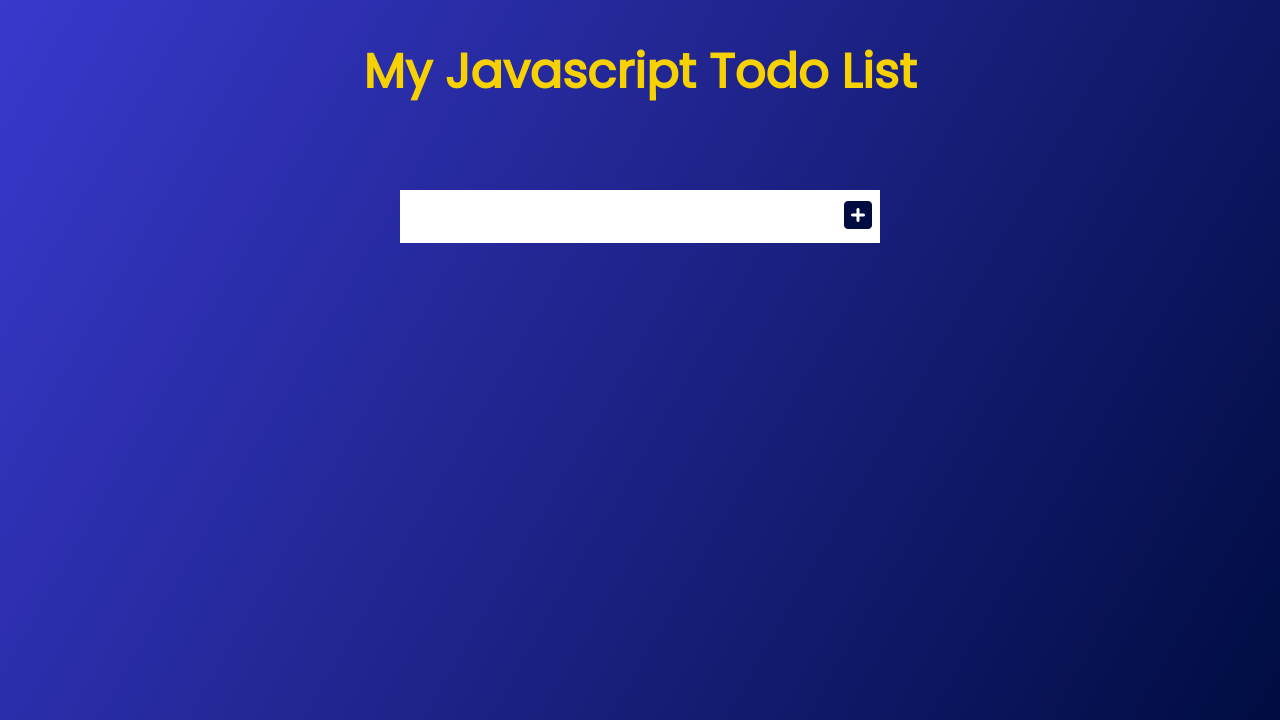
Repository: LuisMiLR/JavaScript-Todo-List
Page: index.html
These files come from the project's save history. The page is drawn as it stood at one moment and after the next save; the edit follows.
The browser window is 1280 px wide. The pictures show the whole page.

Above is the page before, as saved 2023-05-01 14:52:42.

### index.html
<!DOCTYPE html>
<html lang="en">
<head>
    <meta charset="UTF-8">
    <meta http-equiv="X-UA-Compatible" content="IE=edge">
    <meta name="viewport" content="width=device-width, initial-scale=1.0">
    <title>My Javascript Todo List</title>
    <link rel="stylesheet" href="style.css">
    <link href="https://fonts.googleapis.com/css2?family=Orbitron:wght@400;700&family=Poppins:wght@200;400&display=swap" rel="stylesheet">
    <link rel="stylesheet" href="https://cdnjs.cloudflare.com/ajax/libs/font-awesome/6.4.0/css/all.min.css" integrity="sha512-iecdLmaskl7CVkqkXNQ/ZH/XLlvWZOJyj7Yy7tcenmpD1ypASozpmT/E0iPtmFIB46ZmdtAc9eNBvH0H/ZpiBw==" crossorigin="anonymous" referrerpolicy="no-referrer" />
</head>
<body>

    <header>
        <h1>My Javascript Todo List </h1>
    </header>
    <form>
        <input type="text" class="todo-input">
        <button class="todo-button" type="submit">
        <i class="fa-solid fa-square-plus"></i>
        </button>
    </form>
    <div class="todo-container">
        <ul class="todo-list">
        </ul>
    </div>

    <script src="./app.js"> </script>
</body>
</html>

### style.css
*{
    margin: 0;
    padding: 0;
    box-sizing: border-box;
}

body {
    background-image: linear-gradient(120deg, #3939cd,#000c41);
    color: rgb(248, 210, 0);
    min-height: 100vh;
    font-family: "poppins",sans-serif;
}

header{
    font-size: 1.5rem;
}
header, form {
    min-height: 20vh;
    display: flex;
    justify-content: center;
    align-items: center;
}

form input, form button {
    padding: 0.5rem;
    font-size: 2rem;
    border: none;
    background: white;
}
form button{
    color: #000c41;
    background: white;
    cursor: pointer;
    transition: all 0.3s ease;
}

form button:hover {
    background: #3939cd;
    color: rgb(248, 210, 0);
}

.todo-container {
    display: flex;
    justify-content:center;
    align-items: center;
}

.todo-list {
    min-width: 30%;
    list-style: none;
}

.todo {
    display: flex;
    justify-content: space-between;
    align-items: center;
    background: white;
    color: #000c41;
    font-size: 1.5rem;
    margin: 0.5rem;
    transition: all 0.5 ease;
}
.todo li {
    flex: 1;
}

.trash-btn,
.complete-btn {
    background:rgb(248, 210, 0);
    color: #000c41;
    border: none;
    padding: 1rem;
    cursor: pointer;
    font-size: 1rem;
}

.complete-btn {
    background: rgb(73, 204, 73);
}

.todo-item {
    padding: 0rem 0.5rem;
}

### app.js
//SELECTEURS
const todoInput = document.querySelector(".todo-input");
const todoButton = document.querySelector(".todo-button");
const todoList = document.querySelector(".todo-list");

//ECOUTEURS
todoButton.addEventListener("click", addTodo);

//FUNCTIONS
function addTodo(event) {
    event.preventDefault();
    //TODO DIV
    const todoDiv = document.createElement("div");
    todoDiv.classList.add("todo");
    //CREER LE LI
    const newTodo = document.createElement("li");
    newTodo.innerText = "hey";
    newTodo.classList.add("todo-item");
    todoDiv.appendChild(newTodo);
    //BOUTON CHECK
    const completedButton = document.createElement("button");
    completedButton.innerHTML = '<i class="fas fa-check"></i>';
    completedButton.classList.add("complete-btn");
    todoDiv.appendChild(completedButton);
    //BOUTON SUPPRIMER
    const trashButton = document.createElement("button");
    trashButton.innerHTML = '<i class="fas fa-trash"></i>';
    trashButton.classList.add("trash-btn");
    todoDiv.appendChild(trashButton);
    //AJOUTER NOTRE TODO A TODO-LIST
    todoList.appendChild(todoDiv);
}

After the next save:
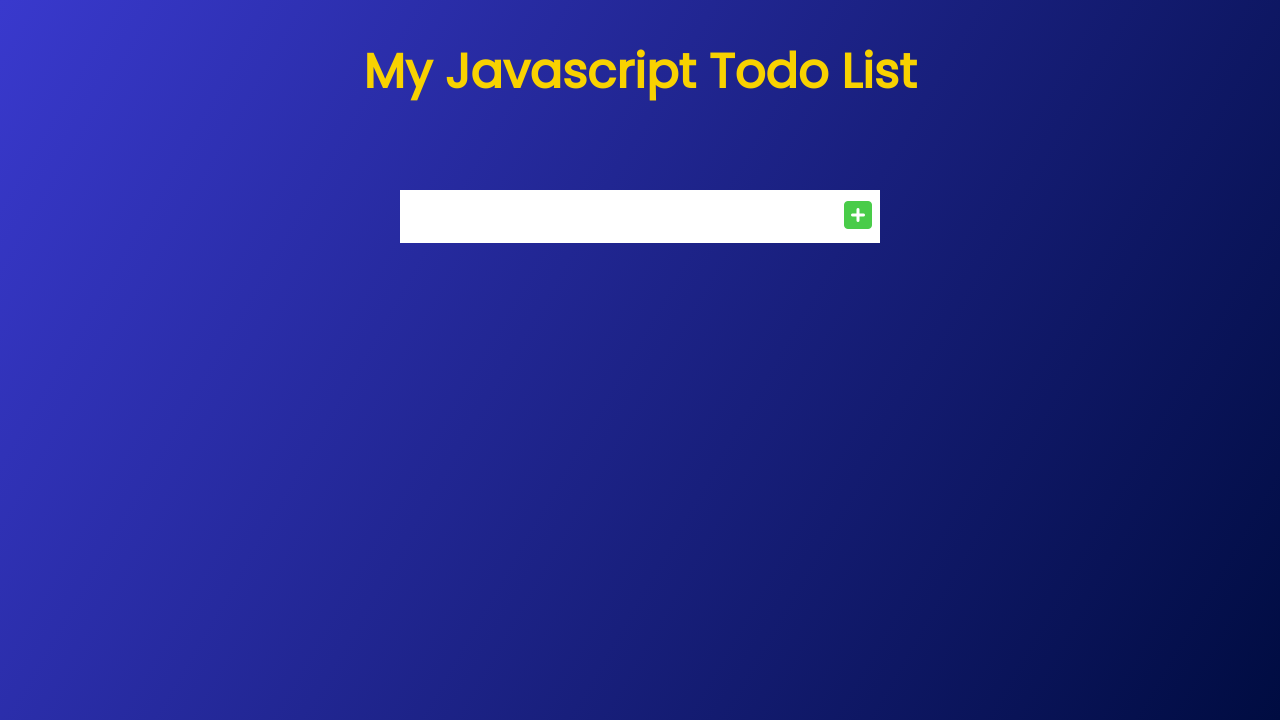
Saved 83 s later.
--- a/style.css
+++ b/style.css
@@ -28,7 +28,7 @@
     background: white;
 }
 form button{
-    color: #000c41;
+    color: rgb(73, 204, 73);;
     background: white;
     cursor: pointer;
     transition: all 0.3s ease;

After the save that followed:
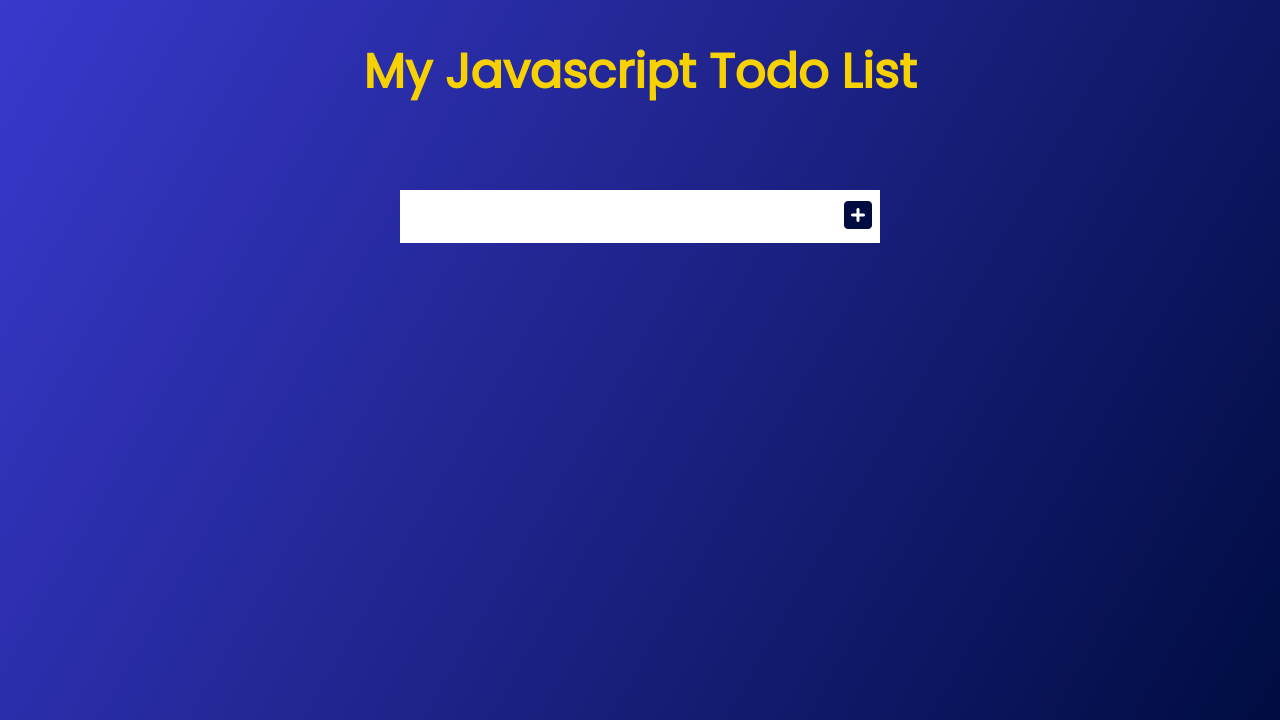
Saved 17 s later.
--- a/style.css
+++ b/style.css
@@ -28,7 +28,7 @@
     background: white;
 }
 form button{
-    color: rgb(73, 204, 73);;
+    color: #000c41;
     background: white;
     cursor: pointer;
     transition: all 0.3s ease;
@@ -79,5 +79,5 @@
 }
 
 .todo-item {
-    padding: 0rem 0.5rem;
+    padding: 0rem 0.5;
 }
